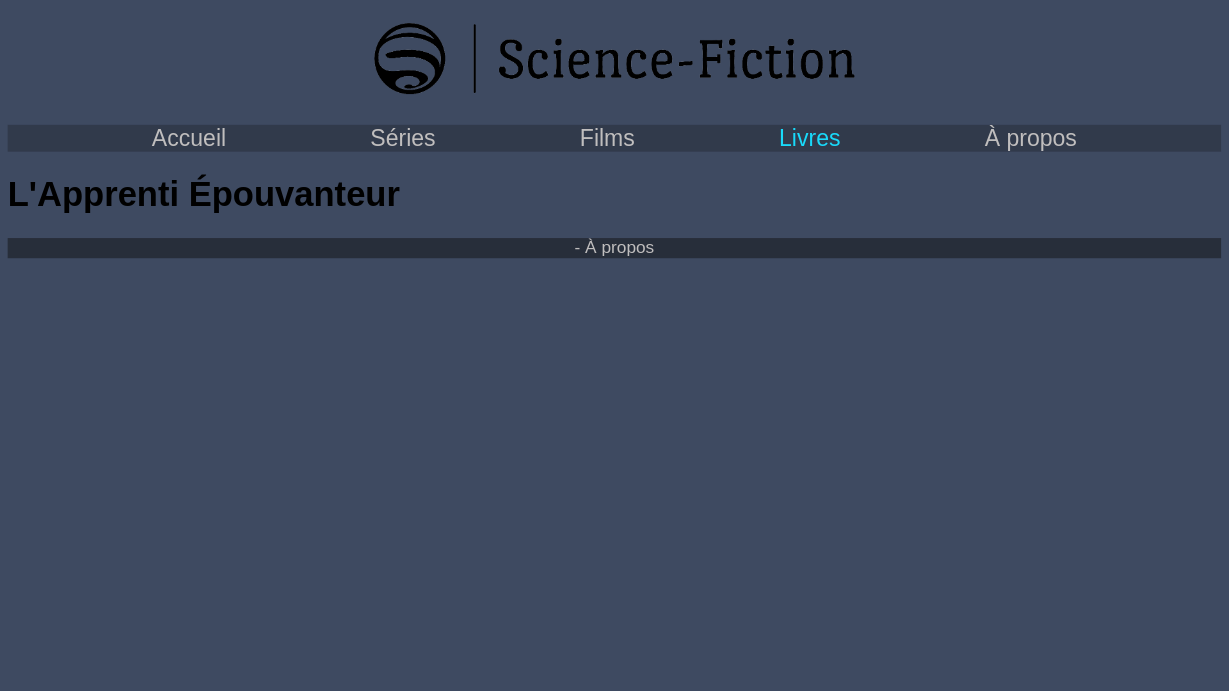
Repository: Emalios/Projet-Web
Page: html/livres/l-apprenti-epouvanteur.html
These files come from the project's save history. The page is drawn as it stood at one moment and after the next save; the edit follows.
The browser window is 1280 px wide. The pictures show the whole page, at 96% of full size.

Above is the page before, as saved 2020-11-11 20:53:42.

### html/livres/l-apprenti-epouvanteur.html
<!DOCTYPE html>
<html lang="fr" dir="ltr">

<head>
  <meta charset="utf-8">
  <meta name="viewport" content="width=device-width, initial-scale=1.0">
  <title>Harry Potter</title>
  <link rel="stylesheet" href="../../css/common.css">
  <link rel="stylesheet" href="../../css/magasine.css">
</head>

<body>
  <header>
    <img id="logo" src="../../images/logo_large.png" alt="logo de Science-fiction">

    <nav class="navbar">
      <a href="../../index.html" class="nav-link">Accueil</a></li>
      <a href="../series.html" class="nav-link">Séries</a></li>
      <a href="../films.html" class="nav-link">Films</a></li>
      <a href="../livres.html" id="active" class="nav-link">Livres</a></li>
      <a href="../a-propos.html" class="nav-link">À propos</a></li>
    </nav>
  </header>
  <h1>L'Apprenti Épouvanteur</h1>
  <main></main>
  <footer><a href="../a-propos.html" class="footer-link">- À propos</a></footer>
</body>


</html>

### css/common.css
body {
  background-color: #3e4a61;
  font-size: 18px;
  font-family: "Source Sans Pro", sans-serif;
}

#logo {
  display: block;
  margin-left: auto;
  margin-right: auto;
  padding-top: 1rem;
  padding-bottom: 2rem;
  max-width: 500px;
}

ul {
  list-style: none outside none;
}

.navbar {
  font-size: 24px;
  display: flex;
  flex-wrap: wrap;
  justify-content: space-evenly;
  padding: 0;
  background-color: #313a4b;
}

.nav-link, .footer-link {
  text-decoration: none;
  color: #c0bebe;
}

.nav-link:hover {
  color: #19dafa;
}

#active {
  color: #19dafa !important;
}

#title {
  text-align: center;
  padding: 1rem;
}

footer {
  background-color: #272e3a;
  text-align: center;
}

@media all and (max-width: 700px) {
  #logo {
    display: block;
    margin-left: auto;
    margin-right: auto;
    padding-top: 1em;
    width: 85%;
    max-width: 500px;
  }

}

### css/magasine.css
.grid-container {
    display: grid;
    grid-gap: 2rem;
    padding-bottom: 2rem;
    align-items: baseline;
    justify-items: center;
    grid-template-columns: repeat(auto-fill, minmax(400px, 1fr));
}

.grid-item {
    text-decoration: none;
}

.article-image {
    width: 150px;
    height: 200px;
}

.article-figure {
    width: 400px;
    background-color: #1a2639;
    box-shadow: 0 4px 8px 0 rgba(0,0,0,0.2);
    transition: 0.3s;
    border-radius: 10px;
    margin: 0;
    display: flex;
    flex-flow: row;
    align-items: center;
}

.article-figure:hover {
    box-shadow: 0px 0px 10px 6px rgba(191,172,159,1);
    zoom: 1;
}

.article-description {
    color: #919191;
    margin: 0;
    padding: 0 15px 0 15px;
    transition: 0.3s;
    text-align: center;
    align-self: center;
    font-family: Verdana, sans-serif;
}

### css/description.css
.resume, .description {
  color: #919191;
  font-family: Verdana, sans-serif;
}

.description {
    color: #d6d0d0;
}

.figure_descriptive {
    margin: 0;
    margin-right: 1rem;
    width: min-content;
    display: flex;
    flex-direction: column;
    float: left;
    text-align: center;
    border-style: groove;
}

.description {
  margin: 0;
  width: 100%;
  text-align: center;
}

.image_descriptive {
  float: left;
  width: 100%;
  min-width: 300px;
}

After the next save:
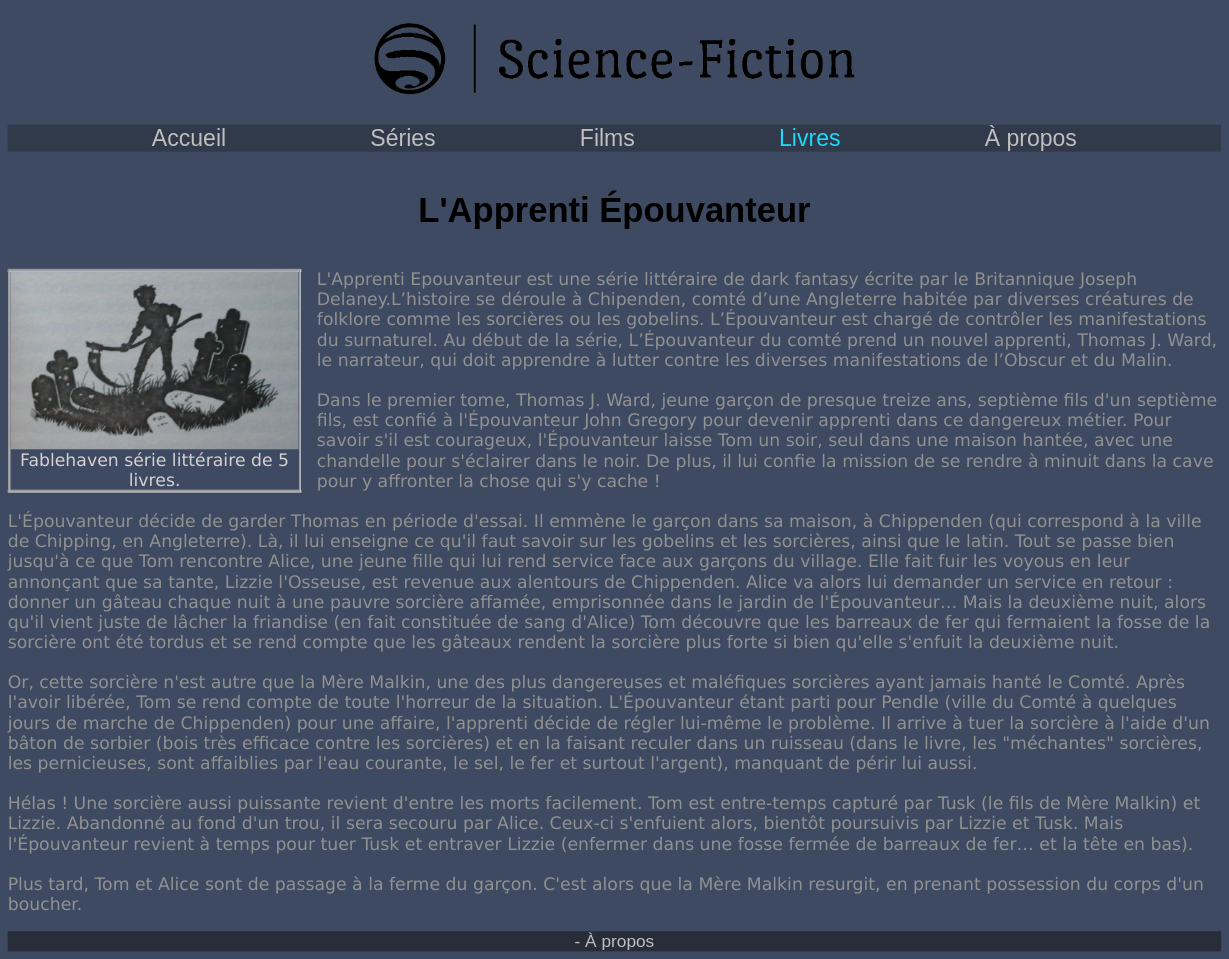
Saved 18 s later.
--- a/html/livres/l-apprenti-epouvanteur.html
+++ b/html/livres/l-apprenti-epouvanteur.html
@@ -4,9 +4,10 @@
 <head>
   <meta charset="utf-8">
   <meta name="viewport" content="width=device-width, initial-scale=1.0">
-  <title>Harry Potter</title>
+  <title>L'Apprenti Épouvanteur</title>
+  <link rel="icon" href="../../images/small_icon.png" type="image/png">
   <link rel="stylesheet" href="../../css/common.css">
-  <link rel="stylesheet" href="../../css/magasine.css">
+  <link rel="stylesheet" href="../../css/description.css">
 </head>
 
 <body>
@@ -14,15 +15,42 @@
     <img id="logo" src="../../images/logo_large.png" alt="logo de Science-fiction">
 
     <nav class="navbar">
-      <a href="../../index.html" class="nav-link">Accueil</a></li>
-      <a href="../series.html" class="nav-link">Séries</a></li>
-      <a href="../films.html" class="nav-link">Films</a></li>
-      <a href="../livres.html" id="active" class="nav-link">Livres</a></li>
-      <a href="../a-propos.html" class="nav-link">À propos</a></li>
+      <a href="../../index.html" class="nav-link">Accueil</a>
+      <a href="../series.html" class="nav-link">Séries</a>
+      <a href="../films.html" class="nav-link">Films</a>
+      <a href="../livres.html" id="active" class="nav-link">Livres</a>
+      <a href="../a-propos.html" class="nav-link">À propos</a>
     </nav>
   </header>
-  <h1>L'Apprenti Épouvanteur</h1>
-  <main></main>
+  <h1 id="title">L'Apprenti Épouvanteur</h1>
+  <figure class="figure_descriptive">
+    <img class="image_descriptive" alt="Kendra et Seth, s'enfonçant dans la forêt enchanté" src="../../images/page-livre/l-apprenti-epouvanteur-scene.jpg" />
+    <figcaption class="description">Fablehaven série littéraire de 5 livres.</figcaption>
+  </figure>
+  <main>
+    <p class="resume">L'Apprenti Epouvanteur est une série littéraire de dark fantasy écrite par le Britannique Joseph Delaney.L’histoire se déroule à Chipenden, comté d’une Angleterre habitée par diverses créatures de folklore comme les sorcières ou
+      les gobelins. L’Épouvanteur est chargé de contrôler les manifestations du surnaturel. Au début de la série, L’Épouvanteur du comté prend un nouvel apprenti, Thomas J. Ward, le narrateur, qui doit apprendre à lutter contre les diverses
+      manifestations de l’Obscur et du Malin.</br></br>
+
+      Dans le premier tome, Thomas J. Ward, jeune garçon de presque treize ans, septième fils d'un septième fils, est confié à l'Épouvanteur John Gregory pour devenir apprenti dans ce dangereux métier. Pour savoir s'il est courageux, l'Épouvanteur
+      laisse Tom un soir, seul dans une maison hantée, avec une chandelle pour s'éclairer dans le noir. De plus, il lui confie la mission de se rendre à minuit dans la cave pour y affronter la chose qui s'y cache !</br></br>
+
+      L'Épouvanteur décide de garder Thomas en période d'essai. Il emmène le garçon dans sa maison, à Chippenden (qui correspond à la ville de Chipping, en Angleterre). Là, il lui enseigne ce qu'il faut savoir sur les gobelins et les sorcières, ainsi
+      que le latin. Tout se passe bien jusqu'à ce que Tom rencontre Alice, une jeune fille qui lui rend service face aux garçons du village. Elle fait fuir les voyous en leur annonçant que sa tante, Lizzie l'Osseuse, est revenue aux alentours de
+      Chippenden. Alice va alors lui demander un service en retour : donner un gâteau chaque nuit à une pauvre sorcière affamée, emprisonnée dans le jardin de l'Épouvanteur… Mais la deuxième nuit, alors qu'il vient juste de lâcher la friandise (en
+      fait constituée de sang d'Alice) Tom découvre que les barreaux de fer qui fermaient la fosse de la sorcière ont été tordus et se rend compte que les gâteaux rendent la sorcière plus forte si bien qu'elle s'enfuit la deuxième nuit.</br></br>
+
+      Or, cette sorcière n'est autre que la Mère Malkin, une des plus dangereuses et maléfiques sorcières ayant jamais hanté le Comté. Après l'avoir libérée, Tom se rend compte de toute l'horreur de la situation. L'Épouvanteur étant parti pour Pendle
+      (ville du Comté à quelques jours de marche de Chippenden) pour une affaire, l'apprenti décide de régler lui-même le problème. Il arrive à tuer la sorcière à l'aide d'un bâton de sorbier (bois très efficace contre les sorcières) et en la faisant
+      reculer dans un ruisseau (dans le livre, les "méchantes" sorcières, les pernicieuses, sont affaiblies par l'eau courante, le sel, le fer et surtout l'argent), manquant de périr lui aussi.</br></br>
+
+      Hélas ! Une sorcière aussi puissante revient d'entre les morts facilement. Tom est entre-temps capturé par Tusk (le fils de Mère Malkin) et Lizzie. Abandonné au fond d'un trou, il sera secouru par Alice. Ceux-ci s'enfuient alors, bientôt
+      poursuivis par Lizzie et Tusk. Mais l'Épouvanteur revient à temps pour tuer Tusk et entraver Lizzie (enfermer dans une fosse fermée de barreaux de fer… et la tête en bas).</br></br>
+
+      Plus tard, Tom et Alice sont de passage à la ferme du garçon. C'est alors que la Mère Malkin resurgit, en prenant possession du corps d'un boucher.
+
+    </p>
+  </main>
   <footer><a href="../a-propos.html" class="footer-link">- À propos</a></footer>
 </body>
 
